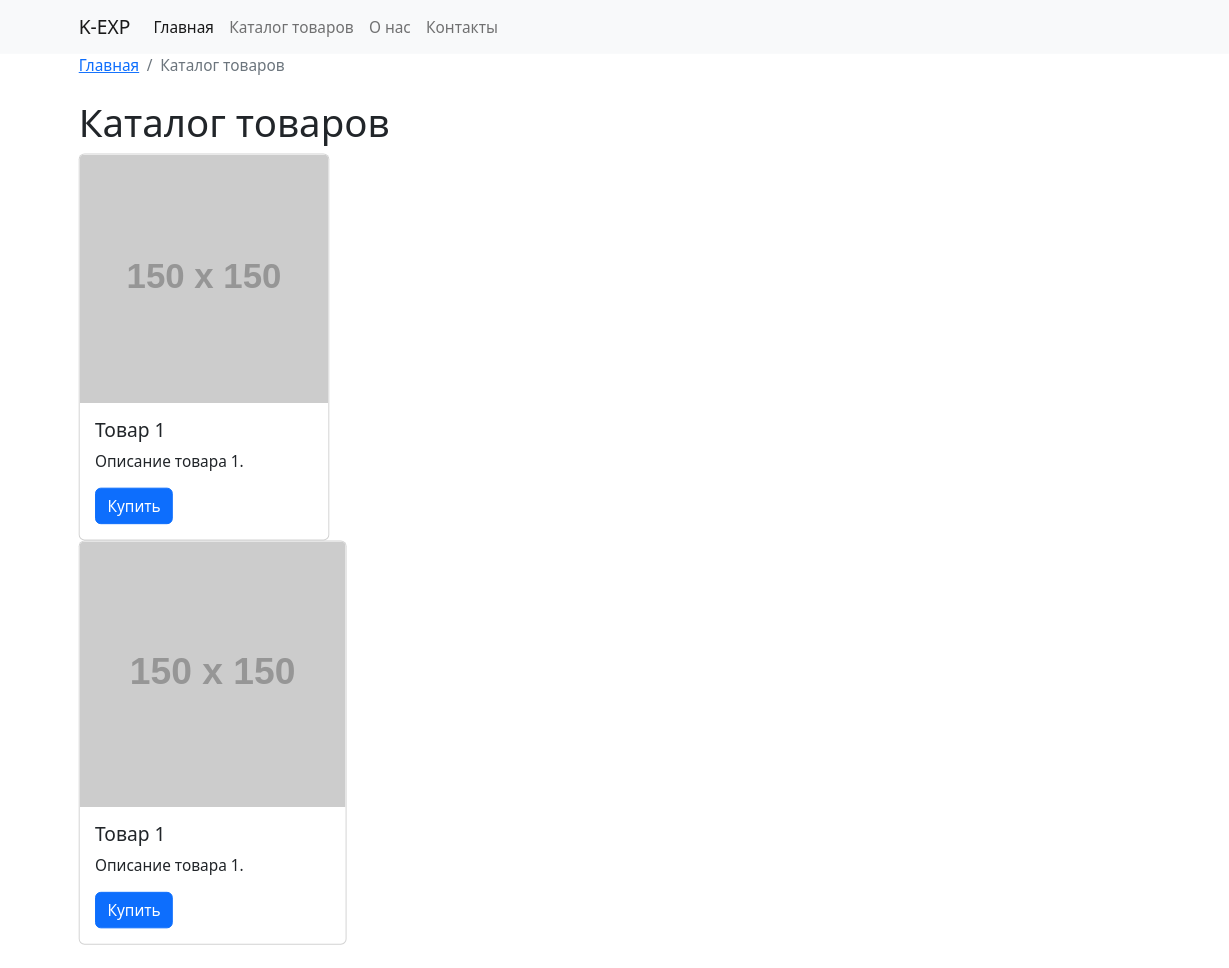
Repository: smartsoltech/kexp-shop
Page: main/catalog/templates/catalog/base.html
The author's editor kept a copy of each file at every save. The page is drawn from the files as they stood at one save, then again after the next save.
The browser window is 1280 px wide. The pictures show the whole page, at 96% of full size.
The template is drawn by Django 4.2. The application's start-up code is not run. Other server files are loaded and not shown. The template is opened directly, without the code that normally fills it, so the values that code supplies are empty.

Above is the page before, as saved 2023-03-14 14:07:23.

### main/catalog/templates/catalog/base.html
<!DOCTYPE html>
<html lang="ru">
<head>
  <meta charset="UTF-8">
  <meta name="viewport" content="width=device-width, initial-scale=1.0">
  <title>{% block title %}{% endblock %}</title>
  <!-- Подключение Bootstrap CSS -->
  <link rel="stylesheet" href="https://cdn.jsdelivr.net/npm/bootstrap@5.2.3/dist/css/bootstrap.min.css" integrity="sha384-rbsA2VBKQhggwzxH7pPCaAqO46MgnOM80zW1RWuH61DGLwZJEdK2Kadq2F9CUG65" crossorigin="anonymous"></head>
<body>

  <!-- Навигационная панель -->
  <nav class="navbar navbar-expand-lg navbar-light bg-light">
    <div class="container">
      <a class="navbar-brand" href="{% url 'home' %}">K-EXP</a>
      <button class="navbar-toggler" type="button" data-bs-toggle="collapse" data-bs-target="#navbarNav" aria-controls="navbarNav" aria-expanded="false" aria-label="Toggle navigation">
        <span class="navbar-toggler-icon"></span>
      </button>
      <div class="collapse navbar-collapse" id="navbarNav">
        <ul class="navbar-nav">
          <li class="nav-item">
            <a class="nav-link active" aria-current="page" href="{% url 'home' %}">Главная</a>
          </li>
          <li class="nav-item">
            <a class="nav-link" href="#">Каталог товаров</a>
          </li>
          <li class="nav-item">
            <a class="nav-link" href="{% url 'about' %}">О нас</a>
          </li>
          <li class="nav-item">
            <a class="nav-link" href="#">Контакты</a>
          </li>
        </ul>
      </div>
    </div>
  </nav>

  <!-- Хлебные крошки -->
  <nav aria-label="breadcrumb">
    <div class="container">
      <ol class="breadcrumb">
        <li class="breadcrumb-item"><a href="#">Главная</a></li>
        <li class="breadcrumb-item active" aria-current="page">Каталог товаров</li>
      </ol>
    </div>
  </nav>

  <!-- Основное содержимое -->
  <div class="container my-4">
    <h1>Каталог товаров</h1>
    <div class="row">
      <div class="col-md-3">
        <div class="card">
          <img src="https://via.placeholder.com/150" class="card-img-top" alt="...">
          <div class="card-body">
            <h5 class="card-title">Товар 1</h5>
            <p class="card-text">Описание товара 1.</p>
            <a href="#" class="btn btn-primary">Купить</a>
          </div>
      </div>
    </div>
  </div>
    <div class="col">
      <div class="col-md-3">
        <div class="card">
          <img src="https://via.placeholder.com/150" class="card-img-top" alt="...">
          <div class="card-body">
            <h5 class="card-title">Товар 1</h5>
            <p class="card-text">Описание товара 1.</p>
            <a href="#" class="btn btn-primary">Купить</a>
          </div>
      </div>
    </div>
  </div>

After the next save:
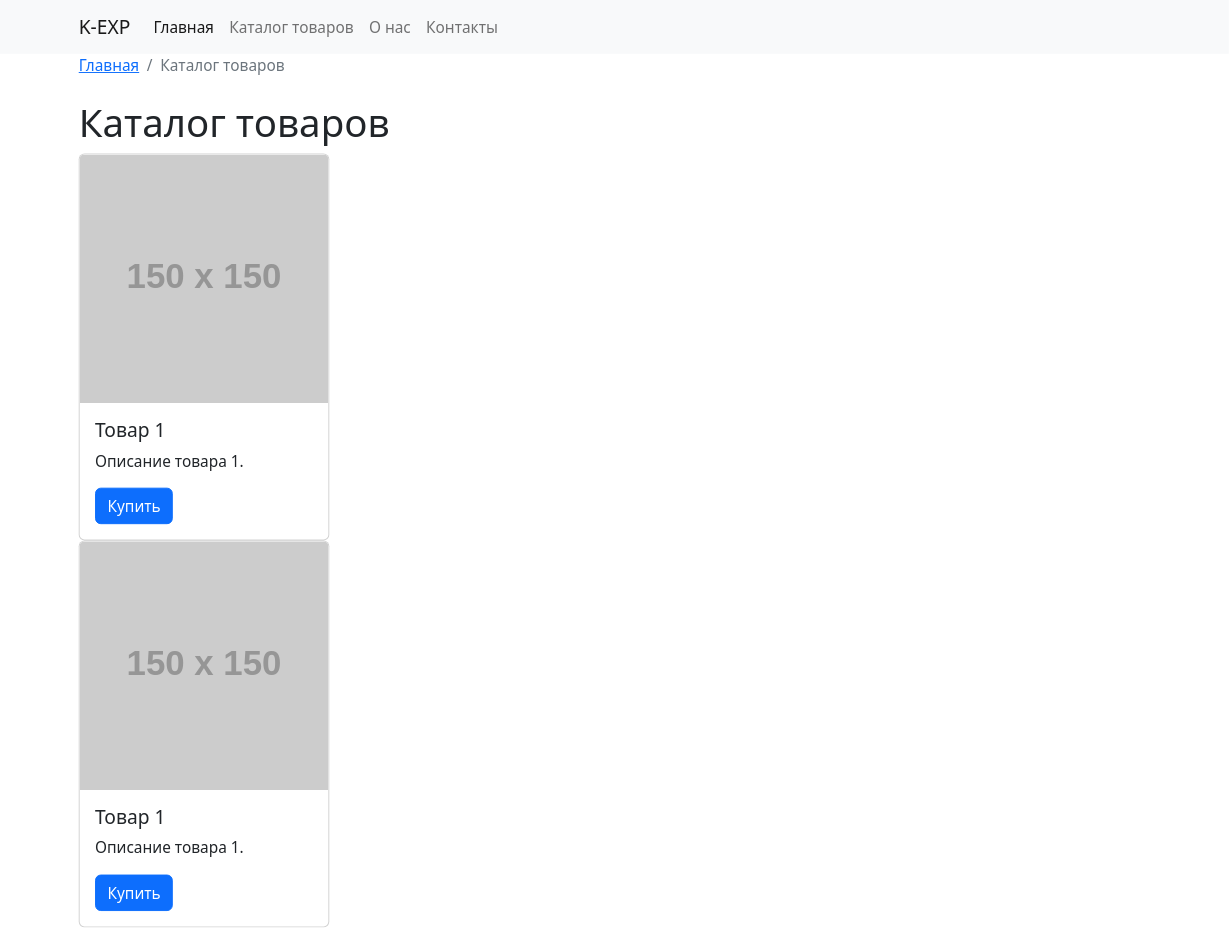
Saved 8 s later.
--- a/main/catalog/templates/catalog/base.html
+++ b/main/catalog/templates/catalog/base.html
@@ -59,7 +59,7 @@
       </div>
     </div>
   </div>
-    <div class="col">
+    <div class="row">
       <div class="col-md-3">
         <div class="card">
           <img src="https://via.placeholder.com/150" class="card-img-top" alt="...">
